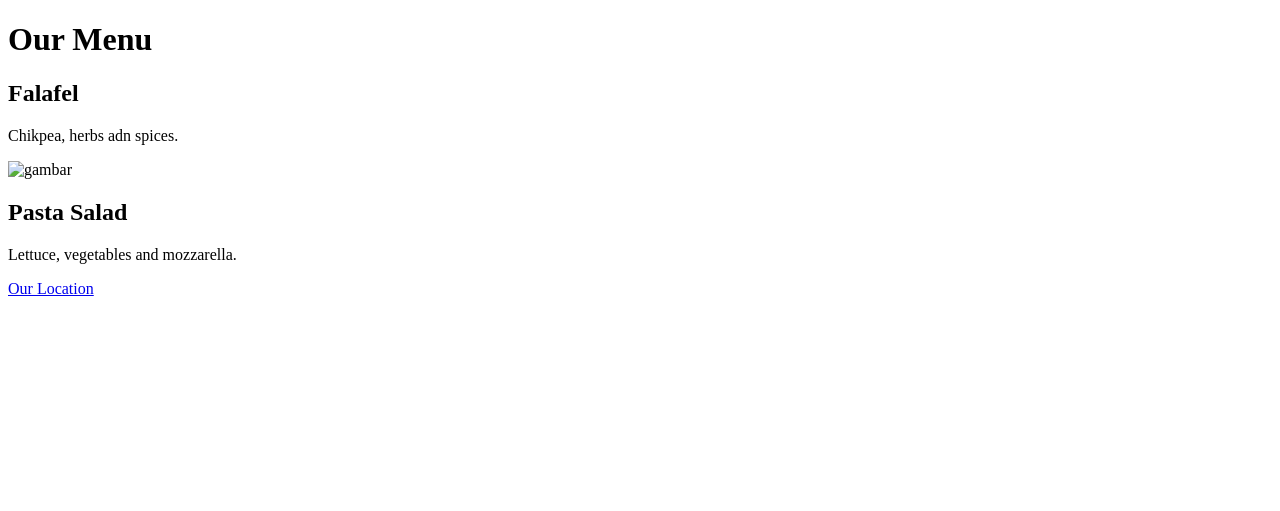
Repository: GiraldoNainggolan/Meta-Coursera
Page: Pengembang Front-End Meta/Modul 2/Mencoba/index.html
The author's editor kept a copy of each file at every save. The page is drawn from the files as they stood at one save, then again after the next save.
The browser window is 1280 px wide. The pictures show the whole page.

Above is the page before, as saved 2025-01-25 23:02:20.

After the next save:
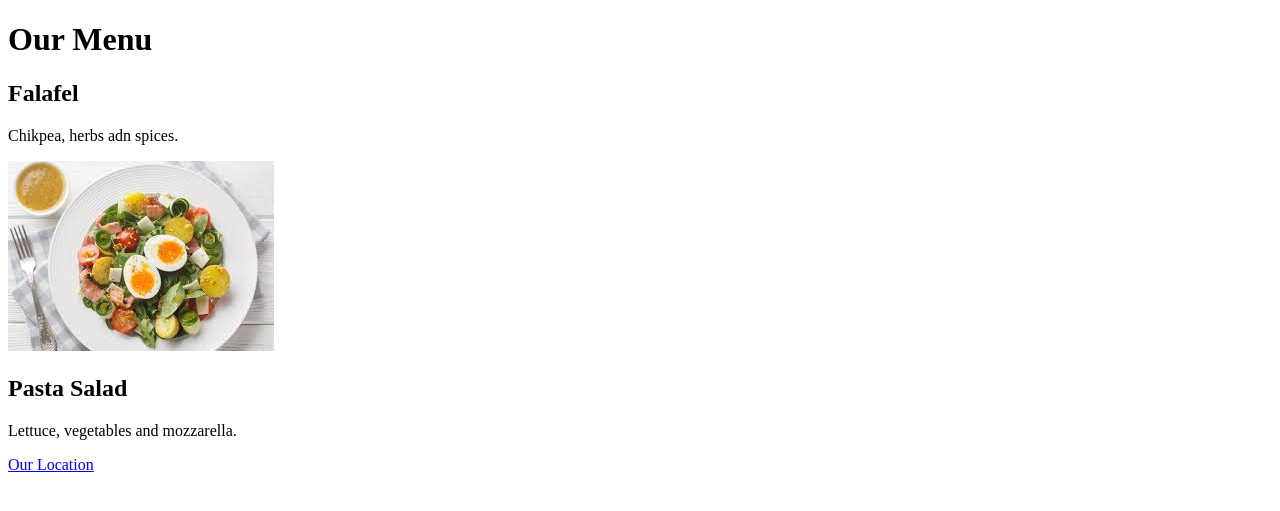
Saved 93 s later.
--- a/Pengembang Front-End Meta/Modul 2/Mencoba/index.html
+++ b/Pengembang Front-End Meta/Modul 2/Mencoba/index.html
@@ -7,7 +7,7 @@
         <h1>Our Menu</h1>
         <h2>Falafel</h2>
         <p>Chikpea, herbs adn spices.</p>
-        <img src="" alt="gambar">
+        <img src="salad.jpg" alt="gambar">
         <h2>Pasta Salad</h2>
         <p>Lettuce, vegetables and mozzarella.</p>
         <a href="location.html">Our Location</a>
